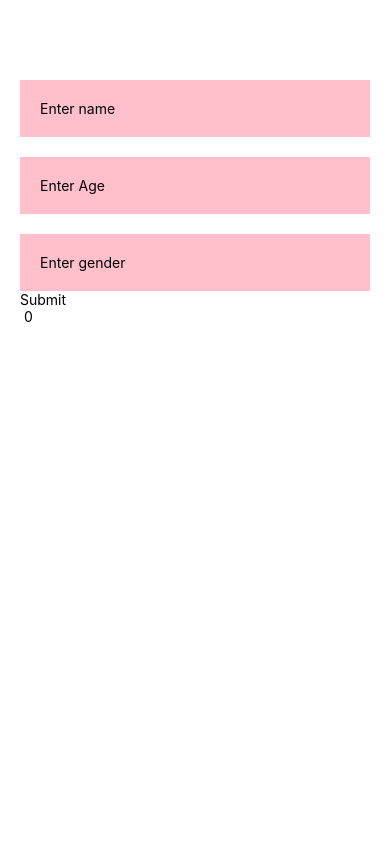
Repository: akinmiday/ReactNativeApp
Screen: /
An editor plug-in stored every save of this project. The screen is shown before and after the next save, followed by the edit.
The app was drawn by React Native's web renderer in a window 390 px wide. The project was rebuilt for these pictures with package versions that can differ from the ones it lists, and the page was loaded fresh each time.

Above is the screen before, as saved 2023-08-03 18:15:46.

After the next save:
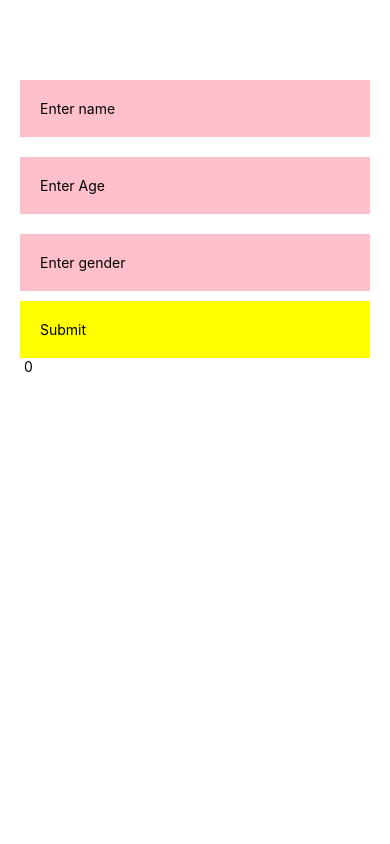
Saved 38 s later.
--- a/styles.js
+++ b/styles.js
@@ -12,6 +12,11 @@ const styles = StyleSheet.create({
     padding: 20,
     marginTop: 20,
   },
+  button: {
+    backgroundColor: "yellow",
+    padding: 20,
+    marginTop: 10,
+  },
 });
 
 export default styles;
